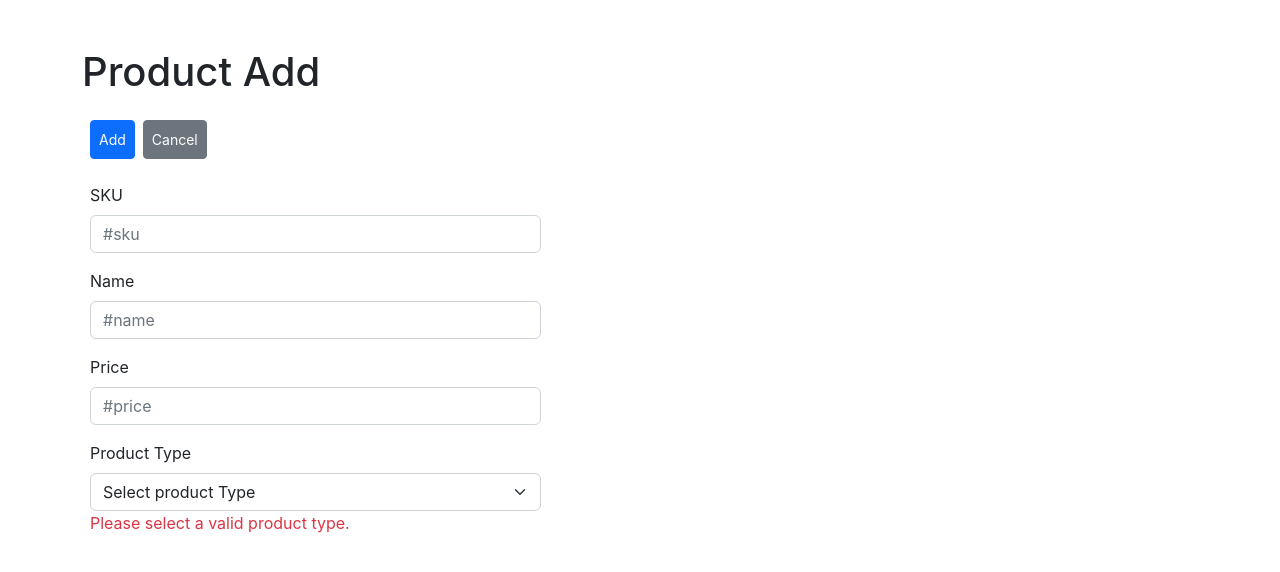
Repository: MagdyAbouelnasr/scandiweb_project
Page: /addproduct
These files come from the project's save history. The page is drawn as it stood at one moment and after the next save; the edit follows.
The browser window is 1280 px wide. The pictures show the whole page.
The project was rebuilt for these pictures with package versions that can differ from the ones it lists, and the page was loaded fresh each time. Also part of the build but not shown: src/App.css, src/components/Product/Product-style.scss, src/components/Product/Product.css, src/components/Pages/ProductList.jsx, src/components/ProductAdd/Book.component.jsx, src/components/ProductAdd/DVD.component.jsx, src/components/ProductAdd/Furniture.component.jsx, src/App.jsx.

Above is the page before, as saved 2023-05-09 01:20:52.

After the next save:
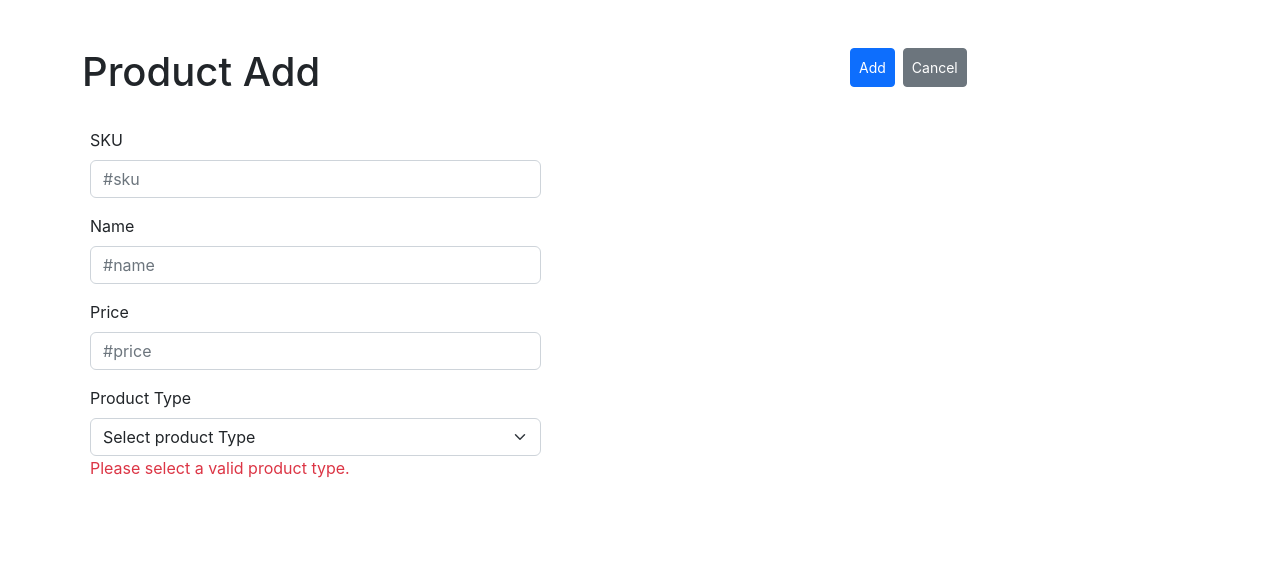
Saved 7 s later.
--- a/src/components/Pages/ProductAdd.jsx
+++ b/src/components/Pages/ProductAdd.jsx
@@ -125,7 +125,7 @@ function ProductAdd() {
   return (
     <Form id="product_form" onSubmit={handleSubmit}>
       <div className="container  mt-5">
-        <div className="row gap-3">
+        <div className="row row-gap-3">
           <h1 className="page-header text-header col-md-8 text-start ">Product Add</h1>
           <div className="col-4 float-end ">
             <Button type="submit" className="p-2 ms-2" variant="primary" size="sm">
